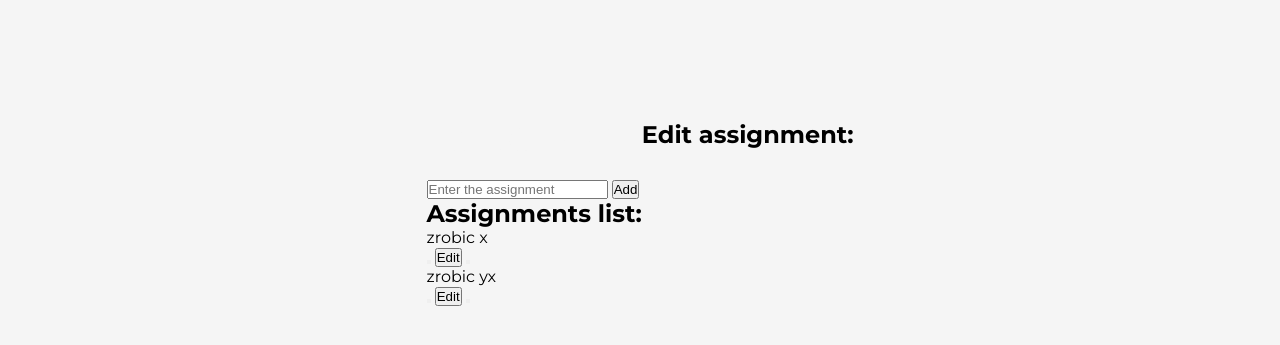
Repository: kimi1723/To-do-app
Page: index.html
These files come from the project's save history. The page is drawn as it stood at one moment and after the next save; the edit follows.
The browser window is 1280 px wide. The pictures show the whole page.
Some web libraries are served in a nearby version.

Above is the page before, as saved 2023-03-31 10:49:42.
Console error: TypeError: Cannot read properties of null (reading 'addEventListener')

After the next save:
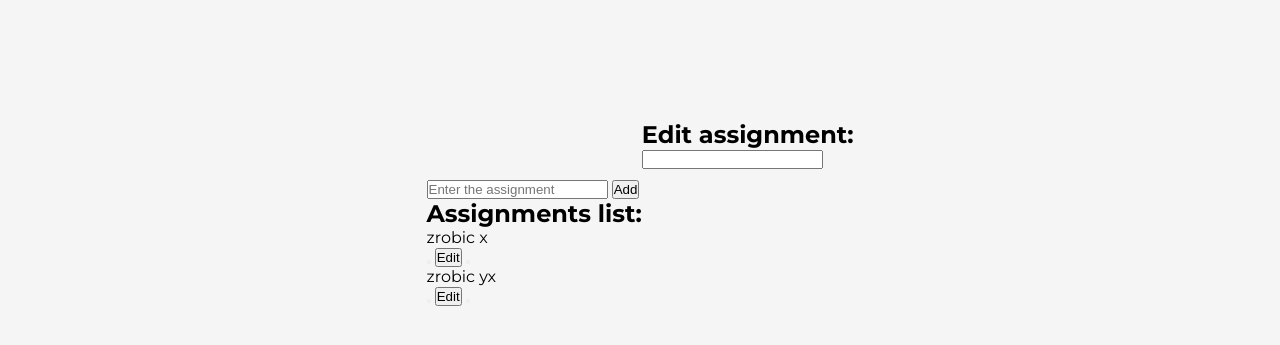
Saved 22 s later.
--- a/index.html
+++ b/index.html
@@ -50,6 +50,7 @@
 
     <div class="to-do-edit-assignment">
         <h2 class="to-do-edit-assignment__heading">Edit assignment:</h2>
+        <input type="text" class="to-do-edit-assignment__input">
     </div>
 
     <script src="/dist/js/app.min.js"></script>
